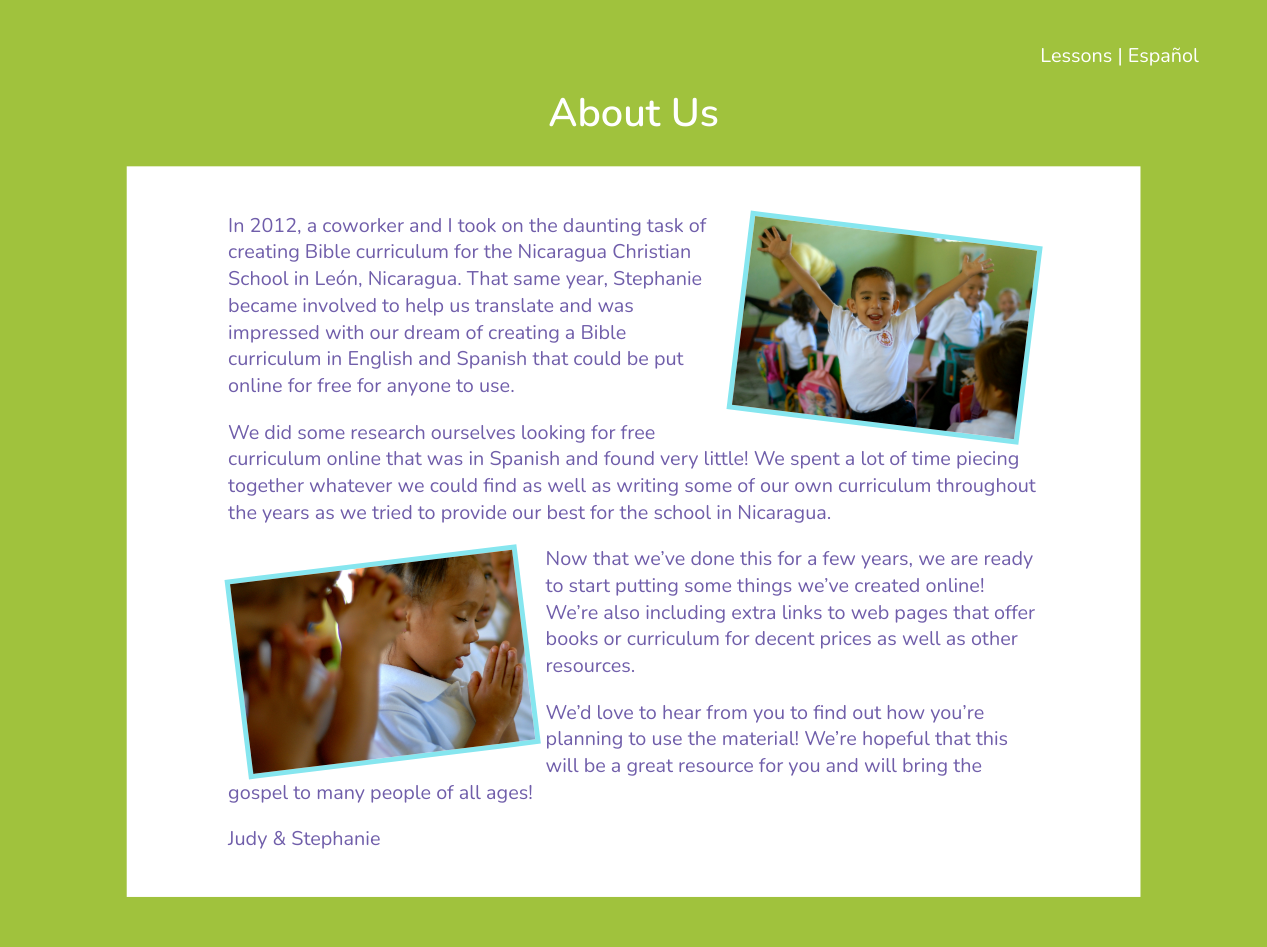
Repository: maliya241/Two-Languages-One-Message
Page: about.html
The author's editor kept a record of every edit. The page is drawn from the files as they stood at one moment, then again after the next edit.
The browser window is 1280 px wide. The pictures show the whole page, at 99% of full size.

Above is the page before.

### about.html
<!DOCTYPE html>
  <html>
    <head>
      <meta charset="utf-8">
      <title>Lessons &#124; Two Languages - One Message</title>
      <link rel="stylesheet" href="css/normalize.css">
      <link href="https://fonts.googleapis.com/css?family=Nunito:400,600" rel="stylesheet">
      <link rel="stylesheet" href="css/main.css">
      <link rel="stylesheet" href="css/responsive.css">
      <meta name="viewport" content="width=device-width, initial-scale=1.0">
      <link rel="icon" href="img/favicon.icon" type="image/x-icon">
      <meta name="description" content="Free Bible lessons in English and Spanish for all ages! We strive to provide fun, creative, and spiritually enriching Bible lessons for any English or Spanish speaker. We know that it is difficult to find free resources for Bible class, especially in Spanish! We are providing lessons for preschool age all the way up through adults in both languages that can be used in the school setting as well as Sunday school at church or in the home." />
      <meta name="keywords" content="Spanish, English, free, Bible, lessons, español, inglés" />
    </head>
    <body>
      <header>
        <nav>
          <a href="lessons.html">Lessons</a> &#124;
          <a href="sobre.html">Español</a>
        </nav>
        <br>
        <h1>About Us</h1>
      </header>
      <div class="wrapper">
        <div class="wrapperbackground">
          <div class="about1">
          <img id="kidsinclassroom" src="img/kidsinclassroom.jpg" alt="Kids in class at Nicaragua Christian School">
          <p class="aboutp">
            In 2012, a coworker and I took on the daunting task of creating Bible curriculum for the Nicaragua Christian School in León, Nicaragua. That same year, Stephanie became involved to help us translate and was impressed with our dream of creating a Bible curriculum in English and Spanish that could be put online for free for anyone to use.
            </p>
            <p class="aboutp">
            We did some research ourselves looking for free curriculum online that was in Spanish and found very little! We spent a lot of time piecing together whatever we could find as well as writing some of our own curriculum throughout the years as we tried to provide our best for the school in Nicaragua.
          </p>
          </div>
          <div class="about2">
            <img id="kidspraying" src="img/kidspraying.jpg" alt="Kids praying">
            <p class="aboutp">
              Now that we’ve done this for a few years, we are ready to start putting some things we’ve created online! We’re also including extra links to web pages that offer books or curriculum for decent prices as well as other resources.
            </p>
            <p class="aboutp">
              We’d love to hear from you to find out how you’re planning to use the material! We’re hopeful that this will be a great resource for you and will bring the gospel to many people of all ages!
            </p>
          </div>
          <p class="aboutp">
            Judy & Stephanie
            <a href="mailto:stephanie.michelle2452@gmail.com">stephanie.michelle2452@gmail.com</a>
            <a href="mailto:Judy.bentley@jcseagles.org">Judy.bentley@jcseagles.org</a>
          </p>
        </div>
      </div>
    </body>
  </html>

### css/main.css
  *, button{
    font-family: 'Nunito', sans-serif;
  }

  .wrapper {
    max-width: 100%;
    margin: 0 auto;
    padding: 0 10%;
  }

  a {
    text-decoration: none;
    color: #FFF;
  }

  a:hover {
    text-decoration: underline;
  }

  h1, p {
    color: #FFF;
  }

  h1 {
    font-size: 2.5em;
    /*color: #A0C23D;*/
    text-align: center;
  }

  h2 {
    font-size: 1.75em;
    font-weight: bold;
    color: #705EAA;
  }

  p, nav {
    font-size: 1.25em;
  }

  li {
    list-style: none;
    width: 100%;
  }

  img {
    width: 100%;
  }

  header img {
    width: 50%;
    clear: both;
    display: block;
    margin-left: auto;
    margin-right: auto;
  }

/**********
Index Page
**********/
  .espanol h2, .english h2 {
    font-size: 1.75em;
    font-weight: bold;
    color: #FFF;
  }

  .outer-left {
    display: table;
    position: absolute;
    height: 50%;
    width: 90%;
    padding: 5%;
    top: 0;
    left: 0;
    background-color: #705EAA;
  }

  .outer-right {
    display: table;
    position: absolute;
    height: 50%;
    width: 90%;
    padding: 5%;
    bottom: 0;
    right: 0;
    background-color: #A0C23D;
    color: #FFF;
  }

  .middle {
    display: table-cell;
    vertical-align: middle;
  }

  .inner, .english, .espanol {
    margin-left: auto;
    margin-right: auto;
    text-align: center;
  }

  .indexbutton {
    background-color: #F68E1C;
    border: 2px solid #FFF;
    border-radius: 12px;
    color: #FFF;
    padding: 15px 32px;
    text-align: center;
    text-decoration: none;
    display: inline-block;
    font-size: 16px;
    margin: 4px 2px;
    cursor: pointer;
    -webkit-transition-duration: 0.4s; /* Safari */
    transition-duration: 0.4s;
  }

  .indexbutton:hover {
    background-color: #FFF;
    color: #F68E1C;
    border-color: #F68E1C;
  }

/**********
Web Pages
**********/
  nav {
    position: relative;
    float: right;
    margin: 5px 5px 0 0;
    font-family: 'Nunito', sans-serif;
    color: #fff;
  }

  body {
    background-color: #A0C23D;
    /*background-image: url("../img/LightBiblesBackground.png");*/
  }

  header {
    padding: 3% 5% 0 5%;
  }

  .otherresources {
    text-align: left;
    background-color: #F68E1C;
    padding: 2.5%;
  }

  .websitedescription {
    background-color: #F68E1C;
    padding: 2.5%;
    margin: 5px 0;
  }

  .wrapperbackground {
    background-color: #FFF;
    padding: 2.5% 10%;
    margin-bottom: 5%;
  }

  .lessonbutton {
    background-color: #705EAA;
    border: none;
    color: #86E6EF;
    width: 100%;
    padding: 15px 32px;
    margin-bottom: 5px;
    text-align: left;
    text-decoration: none;
    display: inline-block;
    font-size: 1.25em;
    cursor: pointer;
    -webkit-transition-duration: 0.4s; /* Safari */
    transition-duration: 0.4s;
  }

  .lessonbutton:hover {
    background-color: #86E6EF;
    color: #705EAA;
  }

/*Lesson Dropdown*/

  .lessondropdown {
    margin: 0;
    padding: 0;
    list-style: none;
    display: none;
  }

  .lessondropdown li {
    float: left;
    width: 45%;
    margin: 1.25%;
    background-color: #86E6EF;
    border: 5px solid #86E6EF;
    color: #fff;
  }

  .lessondropdown .caption {
    text-align: center;
    margin: 0;
    padding: 1%;
    color: #FFF;
    font-size: 1.25em;
    font-weight: normal;
  }

  canvas {
    width: 100%;
  }

  div {
    clear: both;
  }

  .lessondropdown .lessondescriptionli {
    margin: 0 1.25%;
    width: 97.5%;
    display:inline-block;
    clear:right;
    border: none;
  }

  .lessondescription {
    padding: 0 0.5em;
    margin: 0.5em 0;
  }

  /*About Pages*/
  .aboutp {
    color: #705EAA;
  }

  #kidspraying, #kidsinclassroom {
    border: 5px solid #F68E1C;
  }

### css/responsive.css
@media screen and (max-width: 500px) {
  .lessondropdown li {
    float: left;
    width: 90%;
    margin: 1.75%;
    clear: both;
  }
}

@media screen and (min-width: 501px) {
  .lessondropdown li {
    float: left;
    width: 45%;
    margin: .5%;
  }

  .outer-left {
    display: table;
    position: absolute;
    height: 100%;
    width: 40%;
    padding: 5%;
    left: 0;
    background-color: #705EAA;
  }

  .outer-right {
    display: table;
    position: absolute;
    height: 100%;
    width: 40%;
    padding: 5%;
    right: 0;
    background-color: #A0C23D;
    color: #FFF;
  }

  .middle {
    display: table-cell;
    vertical-align: middle;
  }

  .inner, .english, .espanol {
    margin-left: auto;
    margin-right: auto;
    text-align: center;
  }
}

@media screen and (min-width: 700px) {
  .about1 p {
    word-wrap: break-word;
  }

  #kidsinclassroom {
    float: right;
    width: 35%;
    margin: 1em 0.5em 0.5em 1em;
    border: 5px solid #86E6EF;
    -ms-transform: rotate(7deg); /* IE 9 */
    -webkit-transform: rotate(7deg); /* Safari 3-8 */
    transform: rotate(7deg);
  }

  .about2 {
    word-wrap: break-word;
  }

  #kidspraying {
    float: left;
    width: 35%;
    margin: 1em 1em 0.5em 0.5em;
    border: 5px solid #86E6EF;
    -ms-transform: rotate(353deg); /* IE 9 */
    -webkit-transform: rotate(353deg); /* Safari 3-8 */
    transform: rotate(353deg);
  }
}


@media screen and (min-width: 800px) {
  .lessondropdown li {
    float: left;
    width: 20%;
    margin: 1.5%;
  }
}

@media screen and (min-width: 1060px) {
  .lessondropdown li {
    float: left;
    width: 20%;
    margin: 1.75%;
  }
}

Loaded but not shown: css/normalize.css (library)

After the next edit:
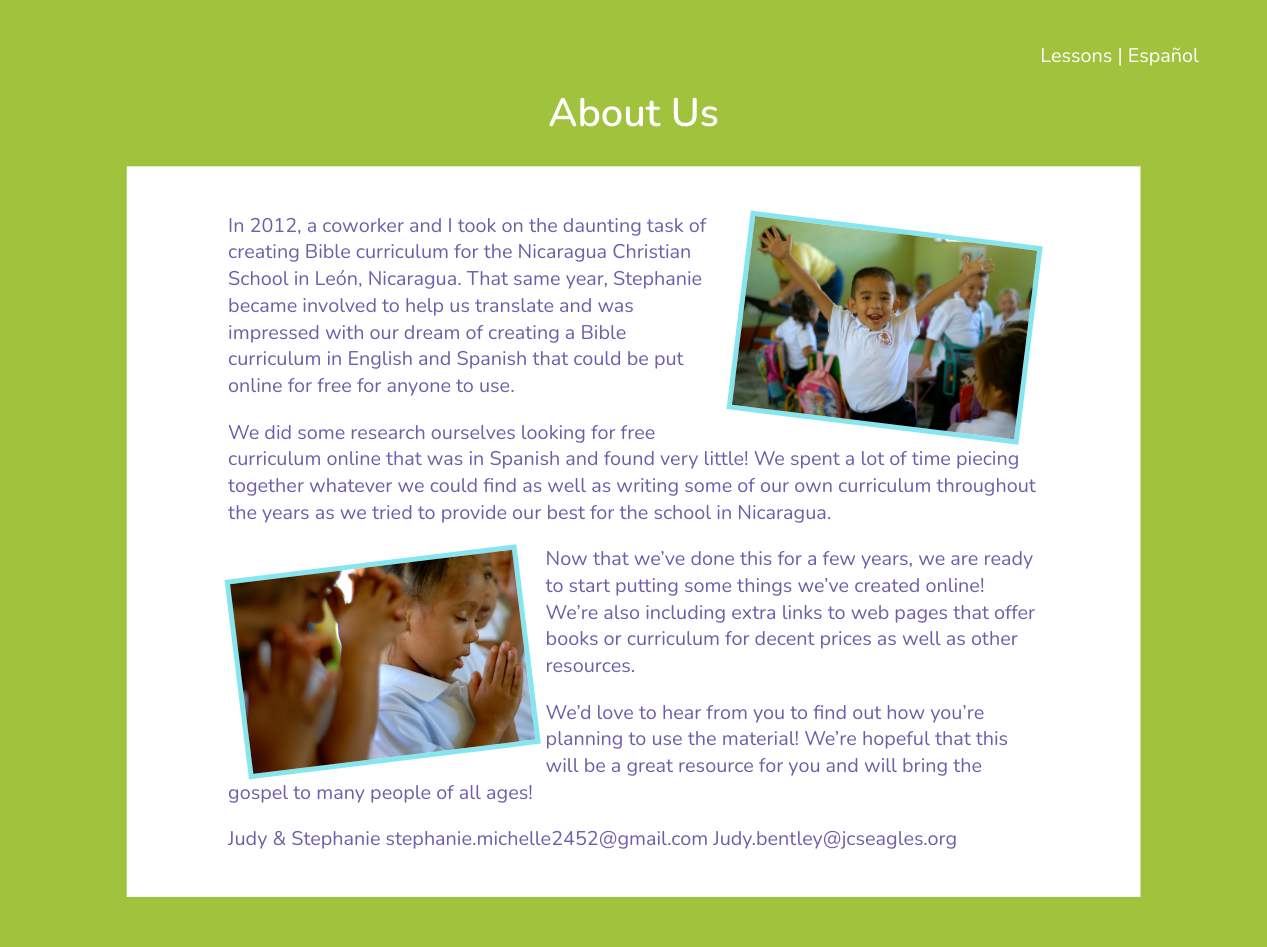
The edit:
--- a/about.html
+++ b/about.html
@@ -43,8 +43,8 @@
           </div>
           <p class="aboutp">
             Judy & Stephanie
-            <a href="mailto:stephanie.michelle2452@gmail.com">stephanie.michelle2452@gmail.com</a>
-            <a href="mailto:Judy.bentley@jcseagles.org">Judy.bentley@jcseagles.org</a>
+            <a href="mailto:stephanie.michelle2452@gmail.com" class="aboutp">stephanie.michelle2452@gmail.com</a>
+            <a href="mailto:Judy.bentley@jcseagles.org" class="aboutp">Judy.bentley@jcseagles.org</a>
           </p>
         </div>
       </div>
